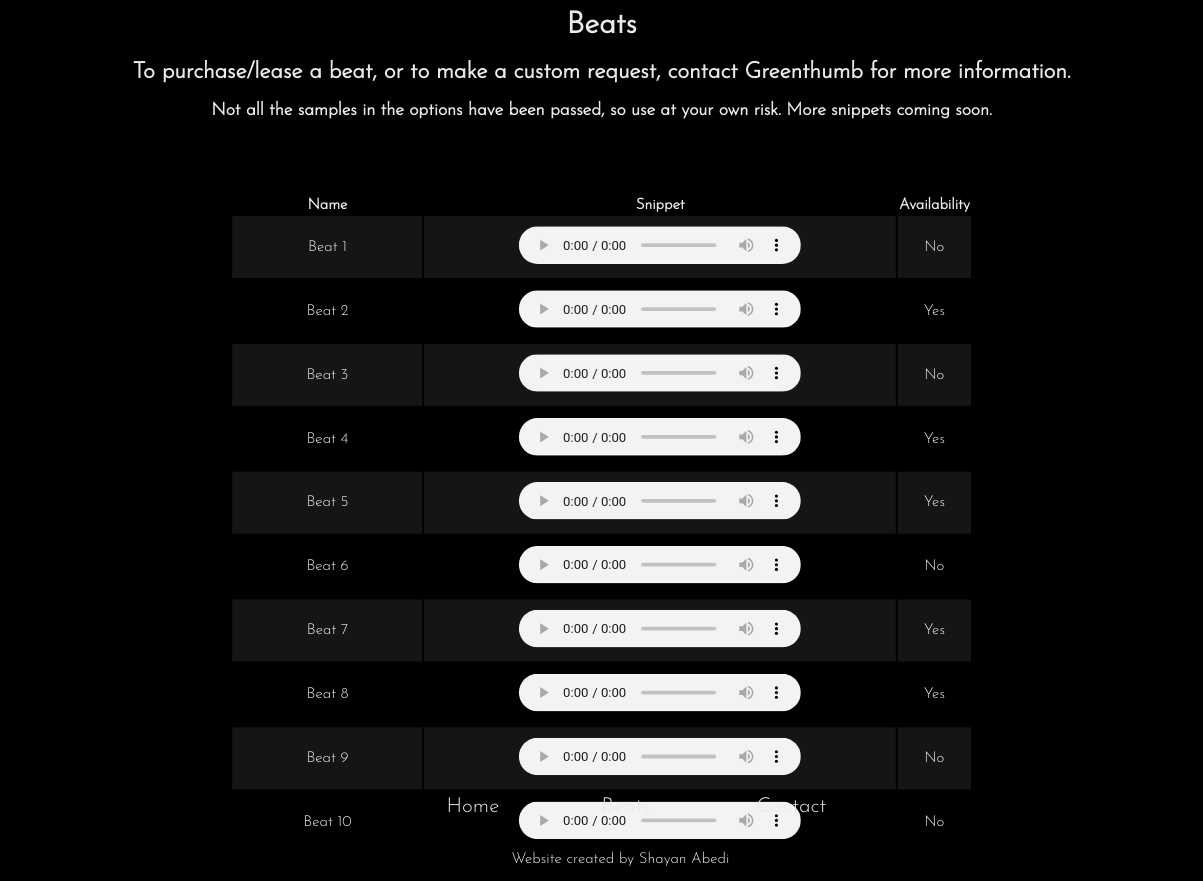
Repository: shayanabedi98/Greenthumb
Page: beats.html
These files come from the project's save history. The page is drawn as it stood at one moment and after the next save; the edit follows.
The browser window is 1280 px wide. The pictures show the part of the page from y = 920 to 1957 px (the page is 1857 px tall before and 1957 px after), at 94% of full size.

Above is the page before, as saved 2023-08-17 17:06:39.

### beats.html
<!DOCTYPE html>
<html lang="en">
<head>
    <meta charset="UTF-8">
    <meta name="viewport" content="width=device-width, initial-scale=1.0">
    <title>Beats</title>
    <link rel="stylesheet" href="styles.css">
    <link href="https://fonts.googleapis.com/css2?family=Josefin+Sans:wght@300&display=swap" rel="stylesheet">
</head>
<body>
    <div class="header">
        <header>
            <nav>
                <a href="index.html"><img src="resources/logo.png" alt="Greenthumb Logo"></a>
                <ul>
                    <li><a href="index.html">Home</a></li>
                    <li><a href="beats.html">Beats</a></li>
                    <li><a href="contact.html">Contact</a></li>
                </ul>
            </nav>
        </header>
    </div>
    <div class="beats-bgvid">
        <video autoplay muted loop src="resources/video-2.mp4"></video>
    </div>
    <div class="beats">
        <h1>Beats</h1>
        <h2>To purchase/lease a beat, or to make a custom request, contact Greenthumb for more information.</h2>
        <h3>Not all the samples in the options have been passed, so use at your own risk. More snippets coming soon.</h3>
        <table align="center">
            <tr>
                <th>Name</th>
                <th>Snippet</th>
                <th>Availability</th>
            </tr>
            <tr bgcolor="15, 15, 15">
                <td width="200">Beat 1</td>
                <td width="500"><audio controlsList="nodownload" controls src="resources/audio/Beat 10.mp3"></audio></td>
                <td>No</td>
            </tr>
            <tr>
                <td width="200">Beat 2</td>
                <td width="500"><audio controlsList="nodownload" controls src="resources/audio/Beat 2.mp3"></audio></td>
                <td>Yes</td>
            </tr>
            <tr bgcolor="15, 15, 15">
                <td width="200">Beat 3</td>
                <td width="500"><audio controlsList="nodownload" controls src="resources/audio/Beat 3.mp3"></audio></td>
                <td>No</td>
            </tr>
            <tr>
                <td width="200">Beat 4</td>
                <td width="500"><audio controlsList="nodownload" controls src="resources/audio/Beat 4.mp3"></audio></td>
                <td>Yes</td>
            </tr>
            <tr bgcolor="15, 15, 15">
                <td width="200">Beat 5</td>
                <td width="500"><audio controlsList="nodownload" controls src="resources/audio/Beat 5.mp3"></audio></td>
                <td>Yes</td>
            </tr>
            <tr>
                <td width="200">Beat 6</td>
                <td width="500"><audio controlsList="nodownload" controls src="resources/audio/Beat 6.mp3"></audio></td>
                <td>No</td>
            </tr>
            <tr bgcolor="15, 15, 15">
                <td width="200">Beat 7</td>
                <td width="500"><audio controlsList="nodownload" controls src="resources/audio/Beat 7.mp3"></audio></td>
                <td>Yes</td>
            </tr>
            <tr>
                <td width="200">Beat 8</td>
                <td width="500"><audio controlsList="nodownload" controls src="resources/audio/Beat 8.mp3"></audio></td>
                <td>Yes</td>
            </tr>
            <tr bgcolor="15, 15, 15">
                <td width="200">Beat 9</td>
                <td width="500"><audio controlsList="nodownload" controls src="resources/audio/Beat 9.mp3"></audio></td>
                <td>No</td>
            </tr>
            <tr>
                <td width="200">Beat 10</td>
                <td width="500"><audio controlsList="nodownload" controls src="resources/audio/Beat 1.mp3"></audio></td>
                <td>No</td>
            </tr>
        </table>
    </div>
    <footer>
        <nav>
            <ul>
                <li><a href="index.html">Home</a></li>
                <li><a href="beats.html">Beats</a></li>
                <li><a href="contact.html">Contact</a></li>
                <p>Website created by Shayan Abedi</p>
            </ul>
        </nav>
    </footer>
</body>
</html>

### styles.css
/* All pages */

body {
    margin: 0;
    padding: 0;
    background-color: black;
    color: rgb(233, 233, 233);
    font-family: 'Josefin Sans', sans-serif;
}

nav {
    height: 110px;
}

nav img {
    height: 100px;
    position: absolute;
    transform: translateY(-10px);
}

nav ul {
    list-style: none;
    text-align: right;
    transform: translate(-100px, 0px);
}

nav li {
    display: inline-block;
    text-align: center;
    margin: 0 20px;
}

nav a {
    text-decoration: none;
    width: 40px;
    display: block;
    padding: 20px;
    margin: 0 20px;
    font-size: 22px;
    color: rgb(233, 233, 233);
}

nav a:hover {
    color: rgb(150, 150, 150) !important;
    transition: 0.2s;
    text-decoration: underline;
}

nav a:visited {
    text-decoration: none;
    color: rgb(233, 233, 233);
}

footer nav ul {
    text-align: center;
    transform: translateY(0);
}

/* Home page */

.banner {
    text-align: center;
    width: 100%;
    height: 600px;
}

.banner video {
    object-fit: cover;
    object-position: 50% 100%;
    height: 600px;
    width: 100%;
    opacity: 80%;
}

.banner-content {
    transform: translateY(-410px);
    width: 70%;
    margin: auto;
}

.banner-content h1:hover{
    font-size: 50px;
    color: rgb(179, 179, 179);
    transition: 2s;
}

.banner-content h1:not(:hover) {
    transition: 1s;
}

.banner-content h1 {
    font-size: 46px;
    opacity: 90%;
}

.banner-content h2 {
    font-size: 30px;
    opacity: 90%;
}

.container {
    text-align: center;
    background-color: rgb(0, 0, 0);
    padding: 25px 0 60px 0;
}

.card {
    text-align: center;
    display: inline-block;
    background-color: rgb(19, 19, 19);
    border-radius: 5px;
    width: 350px;
    padding-top: 15px;
    height: 380px;
    margin: 0 20px;
    border: 2px solid rgb(19, 19, 19);
    box-shadow: 0 0 3px 0 rgb(82, 82, 82);
}

.container h3 {
    font-size: 32px;
}

.card img {
    height: 300px;
    width: 300px;
}

.card:hover {
    border: 2px solid rgba(85, 85, 85, 0.5);
    background-color: black;
    transition: ease-in-out 0.6s;
}

.card:not(:hover) {
    transition: ease-in-out 0.3s;
}

.listen {
    text-align: center;
    background-color: rgb(22, 22, 22);
}

.listen h5 {
    font-size: 30px;
}

.listen-video {
    display: inline-block;
    width: 49%;
    height: 70%;
    vertical-align: top;
    margin: 50px auto;
}

.listen-video video {
    width: 40%;
    height: 100%;
    box-shadow: 0 0 10px 0 black;
}

.listen-video video:hover {
    box-shadow: 0 0 20px 0 rgb(59, 59, 59);
    border-radius: 50%;
    transition: 1s;
}

.listen-video video:not(:hover) {
    transition: 1s;
}

.listen-content {
    display: inline-block;
    width: 50%;
    text-align: center;
    vertical-align: top;
    margin: 50px auto;
}

.listen-content img {
    height: 100px;
    display: block;
}

.listen-content h5 {
    margin-top: 0;
}

.listen-content p {
    font-size: 26px;
    width: 80%;
    margin-left: 10%;
    line-height: 30px;
}

#spotify {
    height: 100px;
    display: inline-block;
    transform: translateY(16px);
}

#apple {
    height: 70px;
    display: inline-block;
}

.song-link {
    margin: 0 20px;
}

/* Beats page */
.beats {
    text-align: center;
    height: 800px;
}

.beats h3 {
    margin-bottom: 80px;
}
.beats-bgvid {
    height: 800px;
}

.beats-bgvid video {
    object-fit: cover;
    height: 90%;
    width: 100%;
    opacity: 40%;
}

.beats table {
    transform: translateY(-0);
}

audio {
    height: 40px;
    padding: 10px;
}
/* Contact page */

After the next save:
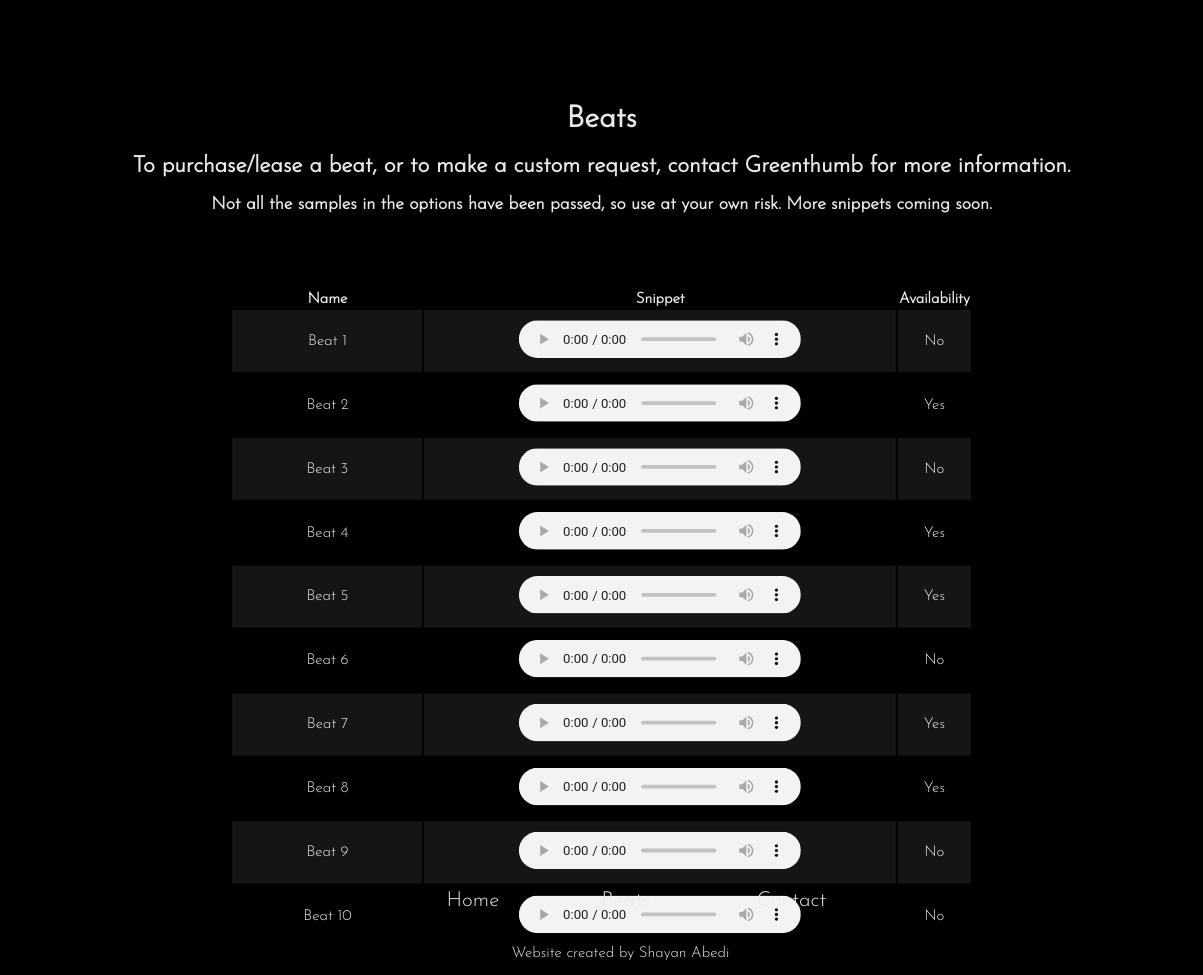
Saved 7 s later.
--- a/styles.css
+++ b/styles.css
@@ -218,7 +218,7 @@ footer nav ul {
     margin-bottom: 80px;
 }
 .beats-bgvid {
-    height: 800px;
+    height: 900px;
 }
 
 .beats-bgvid video {
